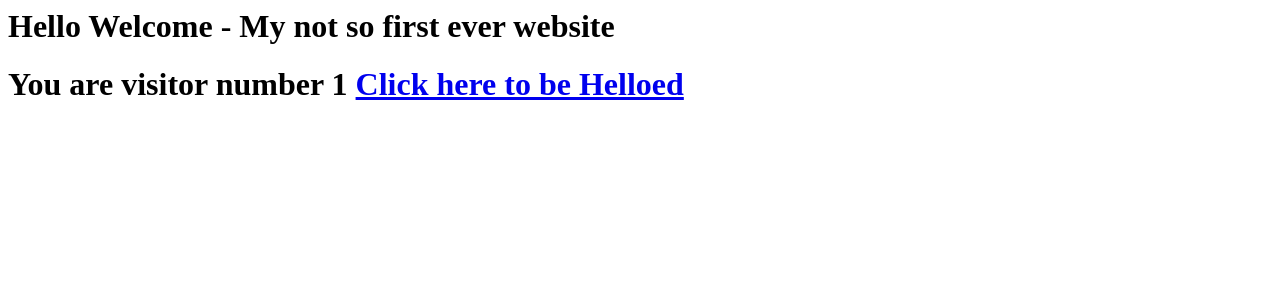
Repository: Rama-13/LaunchPadAllFiles
Page: http://localhost/FirstWebProject/Welcome
An editor plug-in stored every save of this project. The page is shown before and after a run of saves, followed by the edit.
The browser window is 1280 px wide. The pictures show the whole page.
The page is served by Tomcat 9.

Above is the page before, as saved 2019-07-26 06:16:16.

After the next 2 saves:
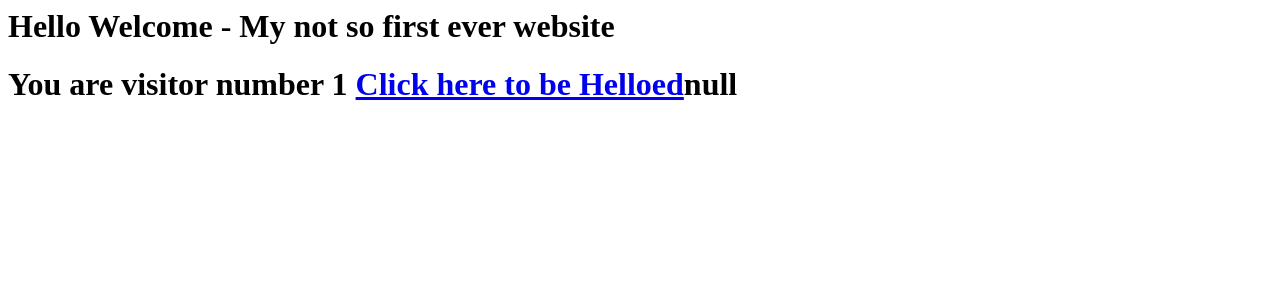
The 2 saves are shown as one change because 1 did not build or start.
The last was saved 25 s later.
--- a/java-workspace/FirstWebProject/src/com/Welcome.java
+++ b/java-workspace/FirstWebProject/src/com/Welcome.java
@@ -31,7 +31,7 @@ public class Welcome extends HttpServlet {
 		response.setContentType("text/html");
 		response.getWriter().println("<h1>Hello Welcome - My not so first ever website");
 		response.getWriter().println("<h1>You are visitor number "+counter);
-		response.getWriter().println("<a href = 'Hello.html'>Click here to be Helloed</a>");
+		response.getWriter().println("<a href = 'Hello.html'>Click here to be Helloed</a>"+gn);
 
 	}
 
